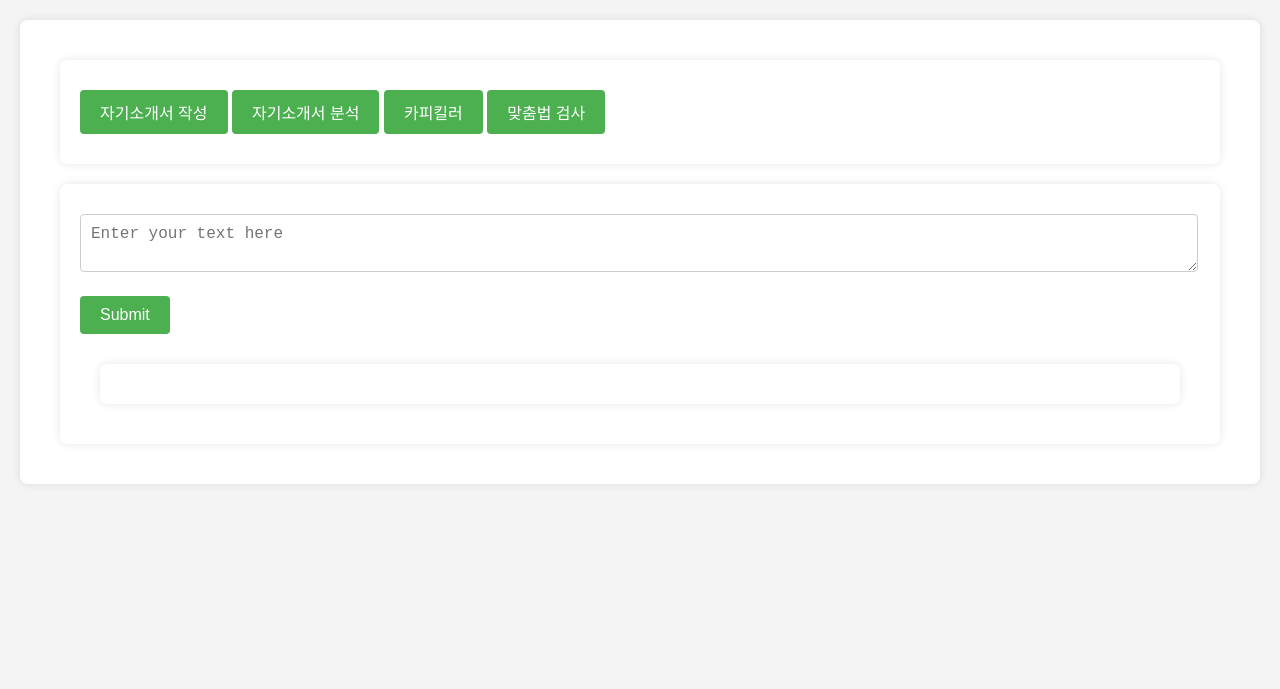
Repository: Choi9912/Flask_IntroduceGPT
Page: http://localhost/
The author's editor kept a copy of each file at every save. The page is drawn from the files as they stood at one save, then again after the next save.
The browser window is 1280 px wide. The pictures show the whole page.
The page is served by the project's application, run on Flask 3 (app.py).

Above is the page before, as saved 2024-07-27 10:46:45.
Console error: TypeError: Cannot read properties of null (reading 'addEventListener')

### templates/index.html
<!doctype html>
<html lang="en">
<head>
    <meta charset="UTF-8">
    <title>AI Q&A</title>
    <link rel="stylesheet" href="{{ url_for('static', filename='style.css') }}">
</head>
<body>
    <div class="container">
        <div class="sidebar">
            <button id="sendBtn">자기소개서 작성</button>
            <button id="analyzeBtn">자기소개서 분석</button>
            <button id="plagiarismBtn">카피킬러</button>
            <button id="spellCheckBtn">맞춤법 검사</button>
        </div>
        <div class="content">
            <textarea id="inputArea" placeholder="Enter your text here"></textarea>
            <button id="actionBtn">Submit</button>
            <div id="output"></div>
        </div>
    </div>
    <script src="{{ url_for('static', filename='script.js') }}"></script>
</body>
</html>

### app.py
from flask import Flask, request, jsonify, render_template
import requests
import logging

# Configure logging
logging.basicConfig(level=logging.DEBUG)

class SelfIntroductionAnalyzer:
    def __init__(self, api_url):
        self.api_url = api_url

    def analyze(self, introduction, method):
        if method == 'iterative_refinement':
            return self.iterative_refinement(introduction)
        elif method == 'step_by_step':
            return self.step_by_step(introduction)
        elif method == 'few_shot':
            return self.few_shot(introduction)
        elif method == 'constraint_setting':
            return self.constraint_setting(introduction)
        else:
            return 'Error: Invalid method'

    def iterative_refinement(self, introduction):
        messages = [
            {"role": "system", "content": "당신은 자기소개서를 분석하는 AI입니다."},
            {"role": "user", "content": f"다음 자기소개서를 분석해주세요: {introduction}"}
        ]
        try:
            response = requests.post(self.api_url, json=messages)
            response.raise_for_status()
            return response.json().get('choices')[0]['message']['content']
        except requests.RequestException as e:
            logging.error(f"Error in iterative_refinement: {e}")
            messages.append({"role": "user", "content": "Please clarify the previous answer."})
            try:
                response = requests.post(self.api_url, json=messages)
                response.raise_for_status()
                return response.json().get('choices')[0]['message']['content']
            except requests.RequestException as e:
                logging.error(f"Error in refinement retry: {e}")
                return 'Error: Unable to get a response from the API'

    def step_by_step(self, introduction):
        steps = [
            "Step 1: Analyze the introduction.",
            "Step 2: Identify key points and themes.",
            "Step 3: Evaluate the structure and coherence."
        ]
        messages = [
            {"role": "system", "content": "당신은 자기소개서를 분석하는 AI입니다."},
            {"role": "user", "content": f"다음 자기소개서를 분석해주세요: {introduction}"},
            {"role": "assistant", "content": " ".join(steps)}
        ]
        try:
            response = requests.post(self.api_url, json=messages)
            response.raise_for_status()
            return response.json().get('choices')[0]['message']['content']
        except requests.RequestException as e:
            logging.error(f"Error in step_by_step: {e}")
            return 'Error: Unable to get a response from the API'

    def few_shot(self, introduction):
        examples = [
            {"role": "user", "content": "자기소개서의 강점을 분석해주세요.", "role": "assistant", "content": "자기소개서의 강점은 명확한 목표 설정과 구체적인 경험 사례입니다."},
            {"role": "user", "content": "자기소개서에서 개선할 점을 알려주세요.", "role": "assistant", "content": "자기소개서의 개선할 점은 내용의 일관성과 논리적 흐름입니다."}
        ]
        messages = [
            {"role": "system", "content": "당신은 자기소개서를 분석하는 AI입니다."},
            *examples,
            {"role": "user", "content": f"다음 자기소개서를 분석해주세요: {introduction}"}
        ]
        try:
            response = requests.post(self.api_url, json=messages)
            response.raise_for_status()
            return response.json().get('choices')[0]['message']['content']
        except requests.RequestException as e:
            logging.error(f"Error in few_shot: {e}")
            return 'Error: Unable to get a response from the API'

    def constraint_setting(self, introduction):
        constraints = "최대한 자세하게 알려주세요."
        messages = [
            {"role": "system", "content": "당신은 자기소개서를 분석하는 AI입니다."},
            {"role": "user", "content": f"다음 자기소개서를 분석해주세요: {introduction}\n{constraints}"}
        ]
        try:
            response = requests.post(self.api_url, json=messages)
            response.raise_for_status()
            return response.json().get('choices')[0]['message']['content']
        except requests.RequestException as e:
            logging.error(f"Error in constraint_setting: {e}")
            return 'Error: Unable to get a response from the API'


class SelfIntroductionWriter:
    def __init__(self, api_url):
        self.api_url = api_url

    def write(self, prompt, method):
        if method == 'iterative_refinement':
            return self.iterative_refinement(prompt)
        elif method == 'step_by_step':
            return self.step_by_step(prompt)
        elif method == 'few_shot':
            return self.few_shot(prompt)
        elif method == 'constraint_setting':
            return self.constraint_setting(prompt)
        else:
            return 'Error: Invalid method'

    def iterative_refinement(self, prompt):
        messages = [
            {"role": "system", "content": "당신은 자기소개서를 작성하는 AI입니다."},
            {"role": "user", "content": f"다음 프롬프트로 자기소개서를 작성해주세요: {prompt}"}
        ]
        try:
            response = requests.post(self.api_url, json=messages)
            response.raise_for_status()
            return response.json().get('choices')[0]['message']['content']
        except requests.RequestException as e:
            logging.error(f"Error in iterative_refinement: {e}")
            messages.append({"role": "user", "content": "Please improve the previous version."})
            try:
                response = requests.post(self.api_url, json=messages)
                response.raise_for_status()
                return response.json().get('choices')[0]['message']['content']
            except requests.RequestException as e:
                logging.error(f"Error in refinement retry: {e}")
                return 'Error: Unable to get a response from the API'

    def step_by_step(self, prompt):
        steps = [
            "Step 1: Understand the prompt.",
            "Step 2: Identify key points to include.",
            "Step 3: Draft the introduction with a logical flow."
        ]
        messages = [
            {"role": "system", "content": "당신은 자기소개서를 작성하는 AI입니다."},
            {"role": "user", "content": f"다음 프롬프트로 자기소개서를 작성해주세요: {prompt}"},
            {"role": "assistant", "content": " ".join(steps)}
        ]
        try:
            response = requests.post(self.api_url, json=messages)
            response.raise_for_status()
            return response.json().get('choices')[0]['message']['content']
        except requests.RequestException as e:
            logging.error(f"Error in step_by_step: {e}")
            return 'Error: Unable to get a response from the API'

    def few_shot(self, prompt):
        examples = [
            {"role": "user", "content": "자기소개서를 작성해주세요.", "role": "assistant", "content": "저는 열정적이고 성실한 사람입니다. 저는 다양한 경험을 통해 성장했습니다."},
            {"role": "user", "content": "자기소개서의 핵심을 작성해주세요.", "role": "assistant", "content": "저는 협력과 도전정신을 중요시하며, 항상 새로운 것을 배우고자 합니다."}
        ]
        messages = [
            {"role": "system", "content": "당신은 자기소개서를 작성하는 AI입니다."},
            *examples,
            {"role": "user", "content": f"다음 프롬프트로 자기소개서를 작성해주세요: {prompt}"}
        ]
        try:
            response = requests.post(self.api_url, json=messages)
            response.raise_for_status()
            return response.json().get('choices')[0]['message']['content']
        except requests.RequestException as e:
            logging.error(f"Error in few_shot: {e}")
            return 'Error: Unable to get a response from the API'

    def constraint_setting(self, prompt):
        constraints = ""
        messages = [
            {"role": "system", "content": "당신은 자기소개서를 작성하는 AI입니다."},
            {"role": "user", "content": f"다음 프롬프트로 자기소개서를 작성해주세요: {prompt}\n{constraints}"}
        ]
        try:
            response = requests.post(self.api_url, json=messages)
            response.raise_for_status()
            return response.json().get('choices')[0]['message']['content']
        except requests.RequestException as e:
            logging.error(f"Error in constraint_setting: {e}")
            return 'Error: Unable to get a response from the API'


class PlagiarismChecker:
    def __init__(self, api_url):
        self.api_url = api_url

    def check(self, text):
        messages = [
            {"role": "system", "content": "당신은 카피킬러 AI입니다."},
            {"role": "user", "content": f"다음 글의 표절 여부를 확인해주세요: {text}"}
        ]
        try:
            response = requests.post(self.api_url, json=messages)
            response.raise_for_status()
            return response.json().get('choices')[0]['message']['content']
        except requests.RequestException as e:
            logging.error(f"Error in PlagiarismChecker: {e}")
            return 'Error: Unable to get a response from the API'


class SpellChecker:
    def __init__(self, api_url):
        self.api_url = api_url

    def check(self, text):
        messages = [
            {"role": "system", "content": "당신은 맞춤법 검사 AI입니다."},
            {"role": "user", "content": f"다음 글의 맞춤법을 확인해주세요: {text}"}
        ]
        try:
            response = requests.post(self.api_url, json=messages)
            response.raise_for_status()
            return response.json().get('choices')[0]['message']['content']
        except requests.RequestException as e:
            logging.error(f"Error in SpellChecker: {e}")
            return 'Error: Unable to get a response from the API'


class PromptOptimizerApp:
    def __init__(self, analyzer, writer, plagiarism_checker, spell_checker):
        self.app = Flask(__name__)
        self.analyzer = analyzer
        self.writer = writer
        self.plagiarism_checker = plagiarism_checker
        self.spell_checker = spell_checker
        self.setup_routes()

    def setup_routes(self):
        self.app.add_url_rule('/', 'index', self.index)
        self.app.add_url_rule('/generate', 'generate', self.generate, methods=['POST'])
        self.app.add_url_rule('/analyze', 'analyze', self.analyze_route, methods=['POST'])
        self.app.add_url_rule('/write', 'write', self.write_route, methods=['POST'])
        self.app.add_url_rule('/plagiarism_check', 'plagiarism_check', self.plagiarism_check_route, methods=['POST'])
        self.app.add_url_rule('/spell_check', 'spell_check', self.spell_check_route, methods=['POST'])

    def index(self):
        return render_template('index.html')

    def generate(self):
        data = request.get_json()
        question = data.get('question')
        logging.debug(f"Received question: {question}")

        answer = self.writer.iterative_refinement(question)
        return jsonify({'answer': answer})

    def analyze_route(self):
        data = request.get_json()
        introduction = data.get('introduction')
        method = data.get('method', 'iterative_refinement')  # Default to 'iterative_refinement'
        logging.debug(f"Received introduction: {introduction} with method: {method}")
        analysis = self.analyzer.analyze(introduction, method)
        return jsonify({'analysis': analysis})

    def write_route(self):
        data = request.get_json()
        prompt = data.get('prompt')
        method = data.get('method', 'iterative_refinement')  # Default to 'iterative_refinement'
        logging.debug(f"Received prompt: {prompt} with method: {method}")
        writing = self.writer.write(prompt, method)
        return jsonify({'writing': writing})

    def plagiarism_check_route(self):
        data = request.get_json()
        text = data.get('text')
        logging.debug(f"Received text for plagiarism check: {text}")
        report = self.plagiarism_checker.check(text)
        return jsonify({'plagiarism_report': report})

    def spell_check_route(self):
        data = request.get_json()
        text = data.get('text')
        logging.debug(f"Received text for spell check: {text}")
        report = self.spell_checker.check(text)
        return jsonify({'spell_check_report': report})

    def run(self):
        self.app.run(debug=True)


if __name__ == '__main__':
    API_URL = 'https://open-api.jejucodingcamp.workers.dev/'
    analyzer = SelfIntroductionAnalyzer(API_URL)
    writer = SelfIntroductionWriter(API_URL)
    plagiarism_checker = PlagiarismChecker(API_URL)
    spell_checker = SpellChecker(API_URL)
    app_instance = PromptOptimizerApp(analyzer, writer, plagiarism_checker, spell_checker)
    app_instance.run()

### static/style.css
body {
    font-family: Arial, sans-serif;
    background-color: #f4f4f4;
    margin: 0;
    padding: 0;
}

h1 {
    background-color: #4CAF50;
    color: white;
    padding: 20px;
    text-align: center;
}

h2 {
    color: #333;
    margin-left: 20px;
}

div {
    margin: 20px;
    padding: 20px;
    background-color: white;
    border-radius: 8px;
    box-shadow: 0 0 10px rgba(0, 0, 0, 0.1);
}

input[type="text"], textarea {
    width: calc(100% - 24px);
    padding: 10px;
    margin: 10px 0;
    border: 1px solid #ccc;
    border-radius: 4px;
    font-size: 16px;
}

button {
    background-color: #4CAF50;
    color: white;
    padding: 10px 20px;
    margin: 10px 0;
    border: none;
    border-radius: 4px;
    cursor: pointer;
    font-size: 16px;
}

button:hover {
    background-color: #45a049;
}

#conversation, #analysis {
    margin-top: 20px;
    padding: 10px;
    border: 1px solid #ccc;
    border-radius: 4px;
    background-color: #fafafa;
    max-height: 300px;
    overflow-y: auto;
}

#conversation div, #analysis div {
    padding: 10px;
    border-bottom: 1px solid #ccc;
}

#conversation div:last-child, #analysis div:last-child {
    border-bottom: none;
}

### static/script.js
document.addEventListener('DOMContentLoaded', function() {
    const questionInput = document.getElementById('question');
    const sendBtn = document.getElementById('sendBtn');
    const conversation = document.getElementById('conversation');
    const introductionInput = document.getElementById('introduction');
    const analyzeBtn = document.getElementById('analyzeBtn');
    const analysisDiv = document.getElementById('analysis');
    const plagiarismBtn = document.getElementById('plagiarismBtn');
    const spellCheckBtn = document.getElementById('spellCheckBtn');
    const plagiarismDiv = document.getElementById('plagiarism');
    const spellCheckDiv = document.getElementById('spellCheck');

    function sendQuestion() {
        const question = questionInput.value;
        if (question.trim() === '') return;

        const userQuestionDiv = document.createElement('div');
        userQuestionDiv.textContent = `You: ${question}`;
        conversation.appendChild(userQuestionDiv);

        fetch('/generate', {
            method: 'POST',
            headers: {
                'Content-Type': 'application/json'
            },
            body: JSON.stringify({ question: question })
        })
        .then(response => response.json())
        .then(data => {
            const aiAnswerDiv = document.createElement('div');
            aiAnswerDiv.textContent = `AI: ${data.answer}`;
            conversation.appendChild(aiAnswerDiv);
            conversation.scrollTop = conversation.scrollHeight;
        })
        .catch(error => {
            console.error('Error:', error);
            const errorDiv = document.createElement('div');
            errorDiv.textContent = 'Error: Unable to get a response from the server.';
            conversation.appendChild(errorDiv);
        });

        questionInput.value = '';
    }

    function analyzeIntroduction() {
        const introduction = introductionInput.value;
        if (introduction.trim() === '') return;

        fetch('/analyze', {
            method: 'POST',
            headers: {
                'Content-Type': 'application/json'
            },
            body: JSON.stringify({ introduction: introduction })
        })
        .then(response => response.json())
        .then(data => {
            const analysisResultDiv = document.createElement('div');
            analysisResultDiv.textContent = `Analysis: ${data.analysis}`;
            analysisDiv.appendChild(analysisResultDiv);
            analysisDiv.scrollTop = analysisDiv.scrollHeight;
        })
        .catch(error => {
            console.error('Error:', error);
            const errorDiv = document.createElement('div');
            errorDiv.textContent = 'Error: Unable to get a response from the server.';
            analysisDiv.appendChild(errorDiv);
        });

        introductionInput.value = '';
    }

    function checkPlagiarism() {
        const text = introductionInput.value;
        if (text.trim() === '') return;

        fetch('/plagiarism_check', {
            method: 'POST',
            headers: {
                'Content-Type': 'application/json'
            },
            body: JSON.stringify({ text: text })
        })
        .then(response => response.json())
        .then(data => {
            const plagiarismResultDiv = document.createElement('div');
            plagiarismResultDiv.textContent = `Plagiarism Report: ${data.plagiarism_report}`;
            plagiarismDiv.appendChild(plagiarismResultDiv);
            plagiarismDiv.scrollTop = plagiarismDiv.scrollHeight;
        })
        .catch(error => {
            console.error('Error:', error);
            const errorDiv = document.createElement('div');
            errorDiv.textContent = 'Error: Unable to get a response from the server.';
            plagiarismDiv.appendChild(errorDiv);
        });
    }

    function checkSpelling() {
        const text = introductionInput.value;
        if (text.trim() === '') return;

        fetch('/spell_check', {
            method: 'POST',
            headers: {
                'Content-Type': 'application/json'
            },
            body: JSON.stringify({ text: text })
        })
        .then(response => response.json())
        .then(data => {
            const spellCheckResultDiv = document.createElement('div');
            spellCheckResultDiv.textContent = `Spell Check Report: ${data.spell_check_report}`;
            spellCheckDiv.appendChild(spellCheckResultDiv);
            spellCheckDiv.scrollTop = spellCheckDiv.scrollHeight;
        })
        .catch(error => {
            console.error('Error:', error);
            const errorDiv = document.createElement('div');
            errorDiv.textContent = 'Error: Unable to get a response from the server.';
            spellCheckDiv.appendChild(errorDiv);
        });
    }

    sendBtn.addEventListener('click', sendQuestion);
    questionInput.addEventListener('keydown', function(event) {
        if (event.key === 'Enter') {
            sendQuestion();
        }
    });

    analyzeBtn.addEventListener('click', analyzeIntroduction);
    plagiarismBtn.addEventListener('click', checkPlagiarism);
    spellCheckBtn.addEventListener('click', checkSpelling);
});

After the next save:
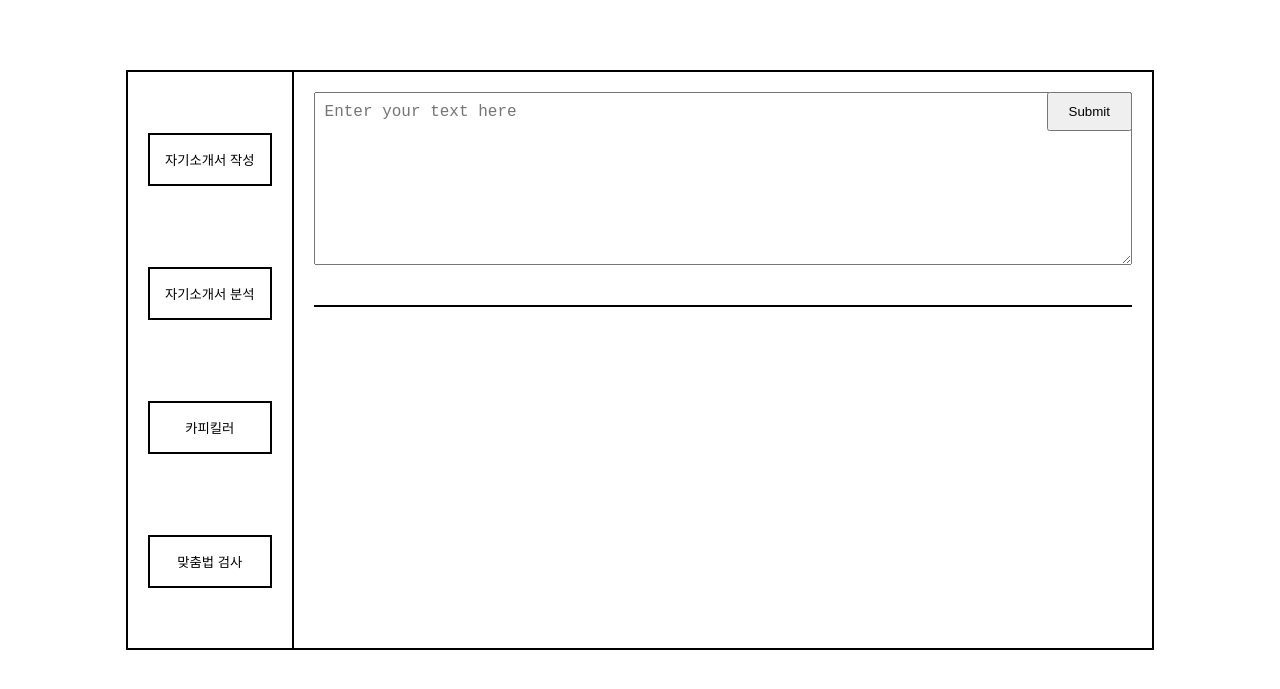
Saved 4 s later.
--- a/static/style.css
+++ b/static/style.css
@@ -1,69 +1,66 @@
 body {
+    display: flex;
+    justify-content: center;
+    align-items: center;
+    height: 100vh;
+    margin: 0;
     font-family: Arial, sans-serif;
-    background-color: #f4f4f4;
-    margin: 0;
-    padding: 0;
 }
 
-h1 {
-    background-color: #4CAF50;
-    color: white;
-    padding: 20px;
-    text-align: center;
+.container {
+    display: flex;
+    border: 2px solid black;
+    width: 80%;
+    height: 80%;
 }
 
-h2 {
-    color: #333;
-    margin-left: 20px;
+.sidebar {
+    display: flex;
+    flex-direction: column;
+    justify-content: space-around;
+    padding: 20px;
+    border-right: 2px solid black;
 }
 
-div {
-    margin: 20px;
-    padding: 20px;
+.sidebar button {
+    padding: 15px;
+    margin: 10px 0;
+    border: 2px solid black;
     background-color: white;
-    border-radius: 8px;
-    box-shadow: 0 0 10px rgba(0, 0, 0, 0.1);
+    cursor: pointer;
 }
 
-input[type="text"], textarea {
-    width: calc(100% - 24px);
+.sidebar button:hover {
+    background-color: #f0f0f0;
+}
+
+.content {
+    flex: 1;
+    display: flex;
+    flex-direction: column;
+    padding: 20px;
+    position: relative;
+}
+
+#inputArea {
+    flex: 1;
+    margin-bottom: 20px;
     padding: 10px;
-    margin: 10px 0;
-    border: 1px solid #ccc;
-    border-radius: 4px;
     font-size: 16px;
 }
 
-button {
-    background-color: #4CAF50;
-    color: white;
+#actionBtn {
+    position: absolute;
+    top: 20px;
+    right: 20px;
     padding: 10px 20px;
-    margin: 10px 0;
-    border: none;
-    border-radius: 4px;
     cursor: pointer;
-    font-size: 16px;
 }
 
-button:hover {
-    background-color: #45a049;
-}
-
-#conversation, #analysis {
+#output {
+    flex: 2;
     margin-top: 20px;
+    border-top: 2px solid black;
     padding: 10px;
-    border: 1px solid #ccc;
-    border-radius: 4px;
-    background-color: #fafafa;
-    max-height: 300px;
     overflow-y: auto;
 }
-
-#conversation div, #analysis div {
-    padding: 10px;
-    border-bottom: 1px solid #ccc;
-}
-
-#conversation div:last-child, #analysis div:last-child {
-    border-bottom: none;
-}
